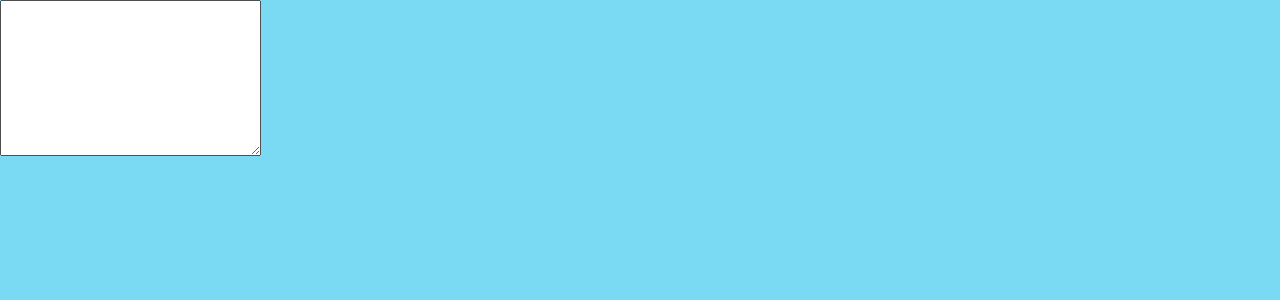
Repository: kate30980/projects-js-practice
Page: notes-app/index.html
These files come from the project's save history. The page is drawn as it stood at one moment and after the next save; the edit follows.
The browser window is 1280 px wide. The pictures show the whole page.

Above is the page before, as saved 2021-09-12 09:01:04.

After the next save:
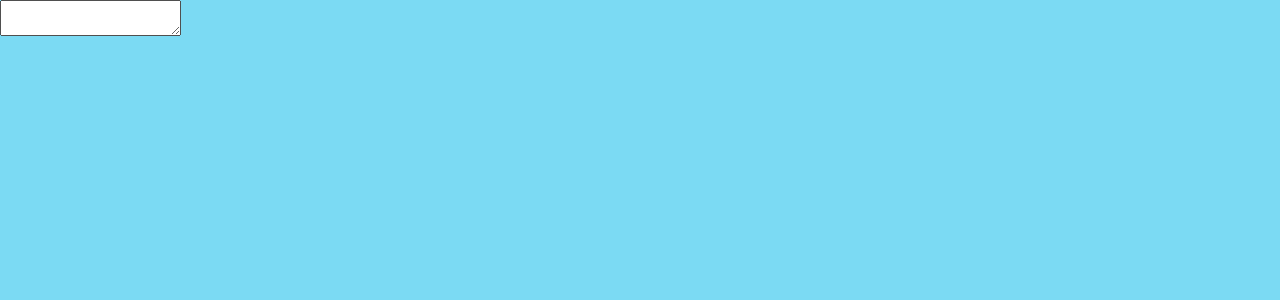
Saved 12 s later.
--- a/notes-app/index.html
+++ b/notes-app/index.html
@@ -12,7 +12,7 @@
 <body>
     <div class="notes">
         <div class="tools">
-            <textarea name=" " id="" cols="30" rows="10"></textarea>
+            <textarea></textarea>
         </div>
     </div>
 </body>
